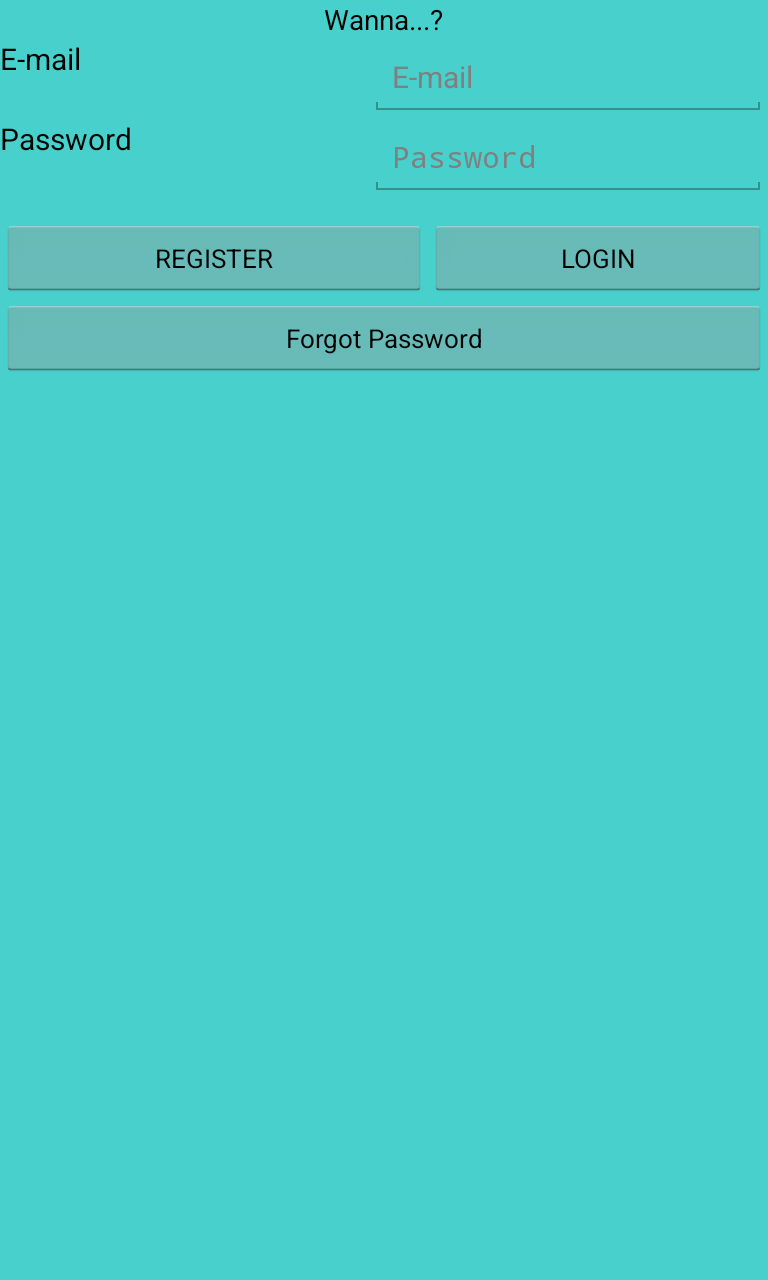
Repository: COMP231-S63G1/COMP231-S63G1
Layout: Wanna/res/layout/activity_login.xml
The author's editor kept a copy of each file at every save. The layout is drawn from the files as they stood at one save, then again after the next save.
It is drawn on a 768 x 1280 px phone screen (xhdpi) without system bars, with theme AppTheme; the app's code is not run.

Above is the layout before, as saved 2014-10-24 13:16:35.

### Wanna/res/layout/activity_login.xml
<?xml version="1.0" encoding="utf-8"?>
<RelativeLayout xmlns:android="http://schemas.android.com/apk/res/android"
              android:orientation="vertical"
              android:layout_width="fill_parent"
              android:layout_height="fill_parent"
              android:background="#48D1CC">
    <TextView
            android:layout_width="wrap_content"
            android:layout_height="wrap_content"
            android:text="@string/welcome"
            android:id="@+id/textView" android:layout_gravity="center"
            android:layout_alignParentTop="true"
            android:layout_centerHorizontal="true"
            android:textColor="#000000"/>
    <EditText
            android:layout_width="200dp"
            android:layout_height="40dp"
            android:hint="@string/email"
            android:id="@+id/email"
            android:layout_below="@+id/textView"
            android:layout_alignParentRight="true"
            android:textSize="15dp"
            android:textColor="#000000"/>
    <Button
            android:layout_width="170dp"
            android:layout_height="40dp"
            android:text="@string/login"
            android:id="@+id/login"
            android:textSize="13dp"
            android:textColor="#000000"
            android:layout_alignTop="@+id/registerbtn"
            android:layout_alignParentRight="true"/>
    <Button
            android:layout_width="220dp"
            android:layout_height="40dp"
            android:text="@string/register"
            android:id="@+id/registerbtn"
            android:layout_below="@+id/pword"
            android:layout_marginTop="10dp"
            android:textSize="13dp"
            android:textColor="#000000"
            android:layout_toLeftOf="@+id/login"/>
    <TextView
            android:layout_width="fill_parent"
            android:layout_height="56dp"
            android:id="@+id/loginErrorMsg"
            android:textColor="#000000"
            android:layout_below="@+id/passres"
            android:layout_alignParentLeft="true"/>
    <TextView
            android:layout_width="200dp"
            android:layout_height="40dp"
            android:text="@string/email"
            android:id="@+id/textView2"
            android:layout_alignTop="@+id/email"
            android:layout_toLeftOf="@+id/textView"
            android:textSize="15dp"
            android:textColor="#000000"/>
    <EditText
            android:layout_width="200dp"
            android:layout_height="40dp"
            android:inputType="textPassword"
            android:ems="10"
            android:id="@+id/pword"
            android:hint="@string/password"
            android:layout_below="@+id/email"
            android:layout_alignLeft="@+id/email"
            android:textSize="15dp"
            android:textColor="#000000"/>
    <TextView
            android:layout_width="200dp"
            android:layout_height="40dp"
            android:text="@string/password"
            android:id="@+id/pworda"
            android:layout_alignBottom="@+id/pword"
            android:layout_alignRight="@+id/textView2"
            android:textSize="15dp"
            android:textColor="#000000"/>
    <Button
            android:layout_width="wrap_content"
            android:layout_height="40dp"
            android:text="@string/forgetPassword"
            android:id="@+id/passres"
            android:layout_below="@+id/login"
            android:layout_alignParentRight="true"
            android:layout_alignParentLeft="true"
            android:textSize="13dp"
            android:textColor="#000000"/>
</RelativeLayout>

### Wanna/res/values/strings.xml
<?xml version="1.0" encoding="utf-8"?>
<resources>

    <string name="app_name">Wanna...?</string>
    <string name="hello_world">Hello world!</string>
    <string name="action_settings">Settings</string>
    <string name="welcome">Wanna...?</string>
    <string name="email">E-mail</string>
    <string name="enterButton"> ENTER </string>
    <string name="title_activity_register_login">RegisterLogin</string>
    <string name="title_activity_home_page">Home</string>
    <string name="login">LOGIN</string>
    <string name="register">REGISTER</string>
    <string name="username">Username</string>
    <string name="name">Name</string>
    <string name="password">Password</string>
    <string name="forgetPassword">Forgot Password</string>
    <string name="retypePassword">Retype Password</string>
    <string name="changePass">Change your Password</string>
    <string name="newPass">New Password</string>
    <string name="registerTo">Register to Wanna...?</string>
    <string name="loginButton">LOGIN</string>
    <string name="title_activity_create_event">Create Event</string>
    <string name="eventName">Event Name: </string>
    <string name="eventDescription">Description: </string>
    <string name="eventDate">Date: </string>
    <string name="eventTime">Time: </string>
    <string name="eventVenue">Venue: </string>
    <string name="eventLocation">Address: </string>
    <string name="eventPrice">Price range: </string>
    <string name="eventPurchase">Buy tickets now!</string>
    <string name="gender">Gender</string>
    <string name="genderMale">Male</string>
    <string name="genderFemale">Female</string>
    <string name="age">Age</string>
    <string name="description">Description</string>
    <string name="done">Done</string>
    <string name="cancel">Cancel</string>
    <string name="activity_profile_form">Profile Form</string>
    <string name="uploadImage">Upload Image</string>
    <string name="hintEventTime">Ex. 12am</string>
    <string name="hintEventDate">Ex. 1/1/2014</string>
    <string name="hintPrice">Ex. $35-$45</string>
    <string name="buttonCreateEvent">Create!</string>
    <string name="btnSearch">Search</string>
    <string name="searchEvent">Search Event</string>

    <string-array name="createEventArray">
        <item>Select Event Type</item>
        <item>Sports</item>
        <item>Entertainment</item>
    </string-array>

    <string name="title_activity_search_event">Wanna?</string>

</resources>

Loaded but not shown: Wanna/res/values/styles.xml (common file); Wanna/res/values-v11/styles.xml (common file); Wanna/res/values-v14/styles.xml (common file)

After the next save:
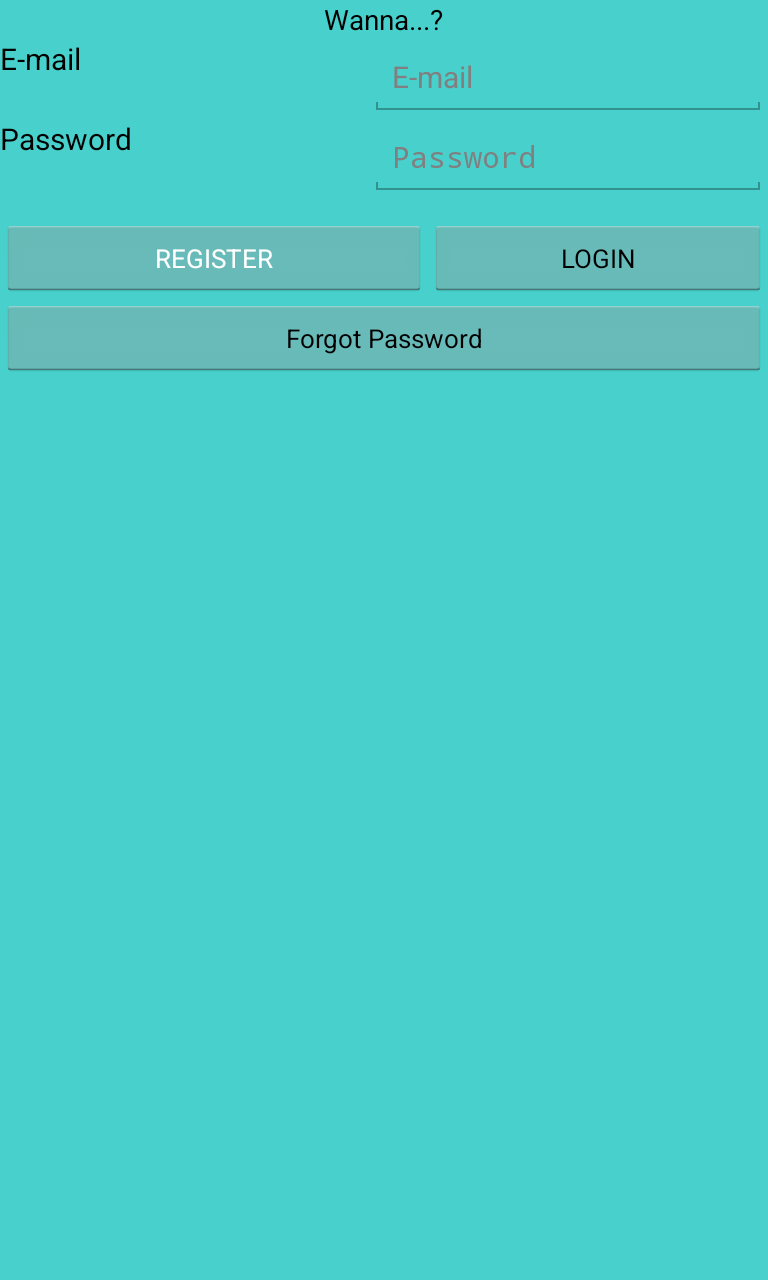
Saved 89 min 29 s later.
--- a/Wanna/res/layout/activity_login.xml
+++ b/Wanna/res/layout/activity_login.xml
@@ -38,7 +38,7 @@
             android:layout_below="@+id/pword"
             android:layout_marginTop="10dp"
             android:textSize="13dp"
-            android:textColor="#000000"
+            android:textColor="#FFFFFF"
             android:layout_toLeftOf="@+id/login"/>
     <TextView
             android:layout_width="fill_parent"

After the save that followed:
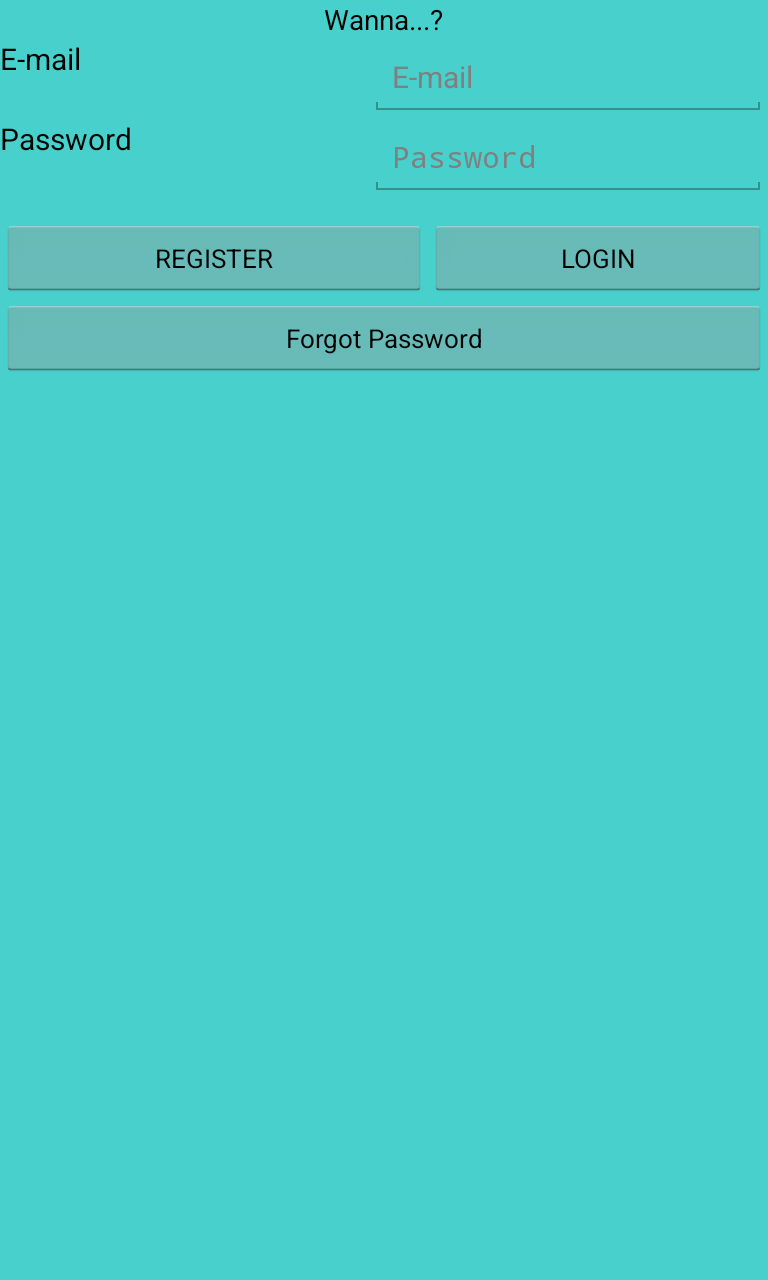
Saved 9 s later.
--- a/Wanna/res/layout/activity_login.xml
+++ b/Wanna/res/layout/activity_login.xml
@@ -38,7 +38,7 @@
             android:layout_below="@+id/pword"
             android:layout_marginTop="10dp"
             android:textSize="13dp"
-            android:textColor="#FFFFFF"
+            android:textColor="#000000"
             android:layout_toLeftOf="@+id/login"/>
     <TextView
             android:layout_width="fill_parent"
